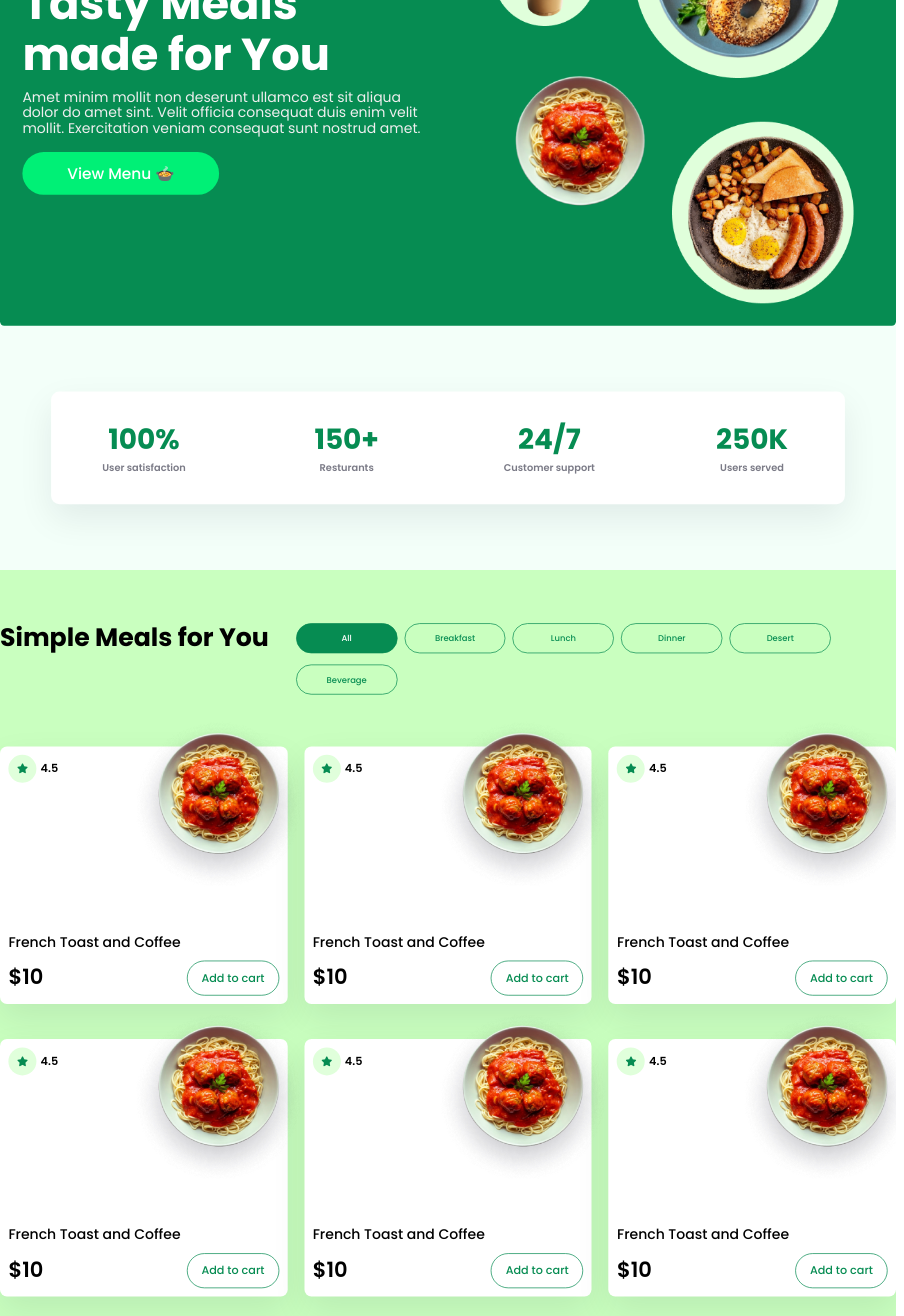
Repository: nguyennam1029/balbal
Page: index.html
These files come from the project's save history. The page is drawn as it stood at one moment and after the next save; the edit follows.
The browser window is 1280 px wide. The page is 1292 px wide, so the pictures cover 1292 px, including what lies to the right of the window. The pictures show the part of the page from y = 336 to 2216 px (the page is 4194 px tall), at 70% of full size.
Some web libraries are served in a nearby version.

Above is the page before, as saved 2022-07-09 09:47:37.

### index.html
<!DOCTYPE html>
<html lang="en">
  <head>
    <meta charset="UTF-8" />
    <meta http-equiv="X-UA-Compatible" content="IE=edge" />
    <meta name="viewport" content="width=device-width, initial-scale=1.0" />
    <title>Chow</title>
    <link
      rel="stylesheet"
      href="https://cdnjs.cloudflare.com/ajax/libs/font-awesome/6.1.1/css/all.min.css"
      integrity="sha512-KfkfwYDsLkIlwQp6LFnl8zNdLGxu9YAA1QvwINks4PhcElQSvqcyVLLD9aMhXd13uQjoXtEKNosOWaZqXgel0g=="
      crossorigin="anonymous"
      referrerpolicy="no-referrer"
    />
    <link rel="stylesheet" href="css/grid.css" />
    <link rel="stylesheet" href="css/style.css" />
  </head>
  <body>
    <div class="app">
      <div class="grid wide">
        <div class="menu">
          <a href="#" class="menu-left">Chow</a>
          <span class="menu-icon--mobile">
            <i class="fa-solid fa-bars"></i>
          </span>

          <ul class="menu-center">
            <li class="menu-center-item">
              <a href="#" class="menu-center--link active">Home</a>
            </li>
            <li class="menu-center-item">
              <a href="#" class="menu-center--link">Menu</a>
            </li>
            <li class="menu-center-item">
              <a href="#" class="menu-center--link">About</a>
            </li>
            <li class="menu-center-item">
              <a href="#" class="menu-center--link">Resturants</a>
            </li>
            <li class="menu-center-item">
              <a href="#" class="menu-center--link">Contact</a>
            </li>
            <i class="back-top fa-solid fa-angles-up"></i>
          </ul>
          <ul class="menu-right">

            <li class="menu-right-item">
              <a href="#" class="menu-right--link">
                <i class="fa-solid fa-circle-user"></i>
              </a>
            </li>
            <li class="menu-right-item">
              <a href="#" class="menu-right--link active">
                <i class="fa-solid fa-bag-shopping"></i>
                <span class="menu-right--circle"></span>
              </a>
            </li>
          </ul>
        </div>
        <div class="banner">
          <div class="row">
            <div class="col l-6 m-12 c-12">
              <div class="banner-info">
                <h1 class="banner-title">Tasty Meals made for You</h1>
                <span class="banner-des"
                  >Amet minim mollit non deserunt ullamco est sit aliqua dolor
                  do amet sint. Velit officia consequat duis enim velit mollit.
                  Exercitation veniam consequat sunt nostrud amet.</span
                >
                <a href="#" class="banner-btn"> View Menu 🍲 </a>
              </div>
            </div>
            <div class="col l-6 m-12 c-12 c-0">
              <div class="banner-img">
                <img src="images/banner1.png" alt="" />
              </div>
            </div>
          </div>
        </div>
        <div class="statistical">
          <div class="row">
            <div class="col l-3 m-6 c-12">
              <div class="statistical-item">
                <h3 class="statistical-item--title">100%</h3>
                <span class="statistical-item--des">User satisfaction</span>
              </div>
            </div>
            <div class="col l-3 m-6 c-12">
              <div class="statistical-item">
                <h3 class="statistical-item--title">150+</h3>
                <span class="statistical-item--des">Resturants</span>
              </div>
            </div>
            <div class="col l-3 m-6 c-12">
              <div class="statistical-item">
                <h3 class="statistical-item--title">24/7</h3>
                <span class="statistical-item--des">Customer support</span>
              </div>
            </div>
            <div class="col l-3 m-6 c-12">
              <div class="statistical-item">
                <h3 class="statistical-item--title">250K</h3>
                <span class="statistical-item--des">Users served</span>
              </div>
            </div>
          </div>
        </div>
      </div>
      <div class="product">
        <div class="grid wide">
          <div class="product-top">
            <div class="row">
              <div class="col l-4 m-12 c-12">
                <h3 class="product-heading">Simple Meals for You</h3>
              </div>
              <!-- <div class="col l-8 m-12 c-12"> -->
              <ul class="tab-list col l-8 m-12 c-12">
                <div class="row">
                  <li class="tab-item active col l-2 m-3 c-4">All</li>
                <li class="tab-item col l-2 m-3 c-4">Breakfast</li>
                <li class="tab-item col l-2 m-3 c-4">Lunch</li>
                <li class="tab-item col l-2 m-3 c-4">Dinner</li>
                <li class="tab-item col l-2 m-3 c-4">Desert</li>
                <li class="tab-item col l-2 m-3 c-4">Beverage</li>
                </div>
              </ul>
              <!-- </div> -->
            </div>
          </div>
          <div class="product-list">
            <div class="row">
              <div class="col l-4 m-6 c-12">
                <div class="product-item">
                  <img
                    class="product-item--img"
                    src="images/product1.png"
                    alt=""
                  />
                  <div class="product-item--rating">
                    <i class="fa-solid fa-star"></i>
                    <span>4.5</span>
                  </div>
                  <div class="product-item--content">
                    <h4 class="product-item--name">French Toast and Coffee</h4>
                    <div class="product-item--footer">
                      <span class="product-item--price">$10</span>
                      <a href="#" class="product-item--btn">Add to cart</a>
                    </div>
                  </div>
                </div>
              </div>

              <div class="col l-4 m-6 c-12">
                <div class="product-item">
                  <img
                    class="product-item--img"
                    src="images/product1.png"
                    alt=""
                  />
                  <div class="product-item--rating">
                    <i class="fa-solid fa-star"></i>
                    <span>4.5</span>
                  </div>
                  <div class="product-item--content">
                    <h4 class="product-item--name">French Toast and Coffee</h4>
                    <div class="product-item--footer">
                      <span class="product-item--price">$10</span>
                      <a href="#" class="product-item--btn">Add to cart</a>
                    </div>
                  </div>
                </div>
              </div>

              <div class="col l-4 m-6 c-12">
                <div class="product-item">
                  <img
                    class="product-item--img"
                    src="images/product1.png"
                    alt=""
                  />
                  <div class="product-item--rating">
                    <i class="fa-solid fa-star"></i>
                    <span>4.5</span>
                  </div>
                  <div class="product-item--content">
                    <h4 class="product-item--name">French Toast and Coffee</h4>
                    <div class="product-item--footer">
                      <span class="product-item--price">$10</span>
                      <a href="#" class="product-item--btn">Add to cart</a>
                    </div>
                  </div>
                </div>
              </div>

              <div class="col l-4 m-6 c-12">
                <div class="product-item">
                  <img
                    class="product-item--img"
                    src="images/product1.png"
                    alt=""
                  />
                  <div class="product-item--rating">
                    <i class="fa-solid fa-star"></i>
                    <span>4.5</span>
                  </div>
                  <div class="product-item--content">
                    <h4 class="product-item--name">French Toast and Coffee</h4>
                    <div class="product-item--footer">
                      <span class="product-item--price">$10</span>
                      <a href="#" class="product-item--btn">Add to cart</a>
                    </div>
                  </div>
                </div>
              </div>

              <div class="col l-4 m-6 c-12">
                <div class="product-item">
                  <img
                    class="product-item--img"
                    src="images/product1.png"
                    alt=""
                  />
                  <div class="product-item--rating">
                    <i class="fa-solid fa-star"></i>
                    <span>4.5</span>
                  </div>
                  <div class="product-item--content">
                    <h4 class="product-item--name">French Toast and Coffee</h4>
                    <div class="product-item--footer">
                      <span class="product-item--price">$10</span>
                      <a href="#" class="product-item--btn">Add to cart</a>
                    </div>
                  </div>
                </div>
              </div>

              <div class="col l-4 m-6 c-12">
                <div class="product-item">
                  <img
                    class="product-item--img"
                    src="images/product1.png"
                    alt=""
                  />
                  <div class="product-item--rating">
                    <i class="fa-solid fa-star"></i>
                    <span>4.5</span>
                  </div>
                  <div class="product-item--content">
                    <h4 class="product-item--name">French Toast and Coffee</h4>
                    <div class="product-item--footer">
                      <span class="product-item--price">$10</span>
                      <a href="#" class="product-item--btn">Add to cart</a>
                    </div>
                  </div>
                </div>
              </div>
            </div>
            <div class="row">
              <div class="col c-12 product-menu">
                <a href="#" class="product-menu--btn">Explore Menu</a>
              </div>
            </div>
          </div>
        </div>
      </div>

      <!-- ĐÁNH GIÁ CMT  -->
      <div class="comment">
        <div class="grid wide">
          <div class="comment-top">
            <div class="row">
              <div class="col l-5">
                <h3 class="product-heading">What our customers are saying</h3>
              </div>
              <div class="col l-2 l-o-5 m-12 c-12">
                <div class="comment-btn">

                    <i
                      class="comment-top--icon fa-solid fa-arrow-left-long"
                    ></i>


                    <i
                      class="comment-top--icon active fa-solid fa-arrow-right-long"
                    ></i>
                  </div>
                </div>
            </div>
            <div class="comment-content">
              <div class="row">
                <!-- START-ITEM  -->
                  <div class="col l-4 m-6 c-12">
                    <div class="comment-item">
                      <span class="comment-title">
                        Amet minim mollit non deserunt ullamco est sit aliqua dolor do amet sint velit officia consequat duis enim velit mollit exercitation veniam.
                      </span>
                      <div class="comment-info">
                        <div class="info-left">
                          <img src="images/cmt1.png" alt="">
                          <div class="info-left--des">
                            <h4 class="info-left--name">Kristin Watson</h4>
                            <span class="info-left--time">Jun 27, 2020 · 6 min read</span>
                          </div>
                        </div>

                          <ul class="info-right--rating">
                            <li class="info-right--icon"><i class="fa-solid fa-star"></i></li>
                            <li class="info-right--icon"><i class="fa-solid fa-star"></i></li>
                            <li class="info-right--icon"><i class="fa-solid fa-star"></i></li>
                            <li class="info-right--icon"><i class="fa-solid fa-star"></i></li>
                            <li class="info-right--icon">
                              <i class="fa-regular fa-star"></i>
                            </li>
                          </ul>

                      </div>
                    </div>
                  </div>
                <!-- END-ITEM  -->

                <!-- START-ITEM  -->
                  <div class="col l-4 m-6 c-0">
                    <div class="comment-item">
                      <span class="comment-title">
                        Amet minim mollit non deserunt ullamco est sit aliqua dolor do amet sint velit officia consequat duis enim velit mollit exercitation veniam.
                      </span>
                      <div class="comment-info">
                        <div class="info-left">
                          <img src="images/cmt2.png" alt="">
                          <div class="info-left--des">
                            <h4 class="info-left--name">Kristin Watson</h4>
                            <span class="info-left--time">Jun 27, 2020 · 6 min read</span>
                          </div>
                        </div>

                          <ul class="info-right--rating">
                            <li class="info-right--icon"><i class="fa-solid fa-star"></i></li>
                            <li class="info-right--icon"><i class="fa-solid fa-star"></i></li>
                            <li class="info-right--icon"><i class="fa-solid fa-star"></i></li>
                            <li class="info-right--icon"><i class="fa-solid fa-star"></i></li>
                            <li class="info-right--icon">
                              <i class="fa-regular fa-star"></i>
                            </li>
                          </ul>

                      </div>
                    </div>
                  </div>
                <!-- END-ITEM  -->

                <!-- START-ITEM  -->
                  <div class="col l-4 m-0 c-0">
                    <div class="comment-item">
                      <span class="comment-title">
                        Amet minim mollit non deserunt ullamco est sit aliqua dolor do amet sint velit officia consequat duis enim velit mollit exercitation veniam.
                      </span>
                      <div class="comment-info">
                        <div class="info-left">
                          <img src="images/cmt3.png" alt="">
                          <div class="info-left--des">
                            <h4 class="info-left--name">Kristin Watson</h4>
                            <span class="info-left--time">Jun 27, 2020 · 6 min read</span>
                          </div>
                        </div>

                          <ul class="info-right--rating">
                            <li class="info-right--icon"><i class="fa-solid fa-star"></i></li>
                            <li class="info-right--icon"><i class="fa-solid fa-star"></i></li>
                            <li class="info-right--icon"><i class="fa-solid fa-star"></i></li>
                            <li class="info-right--icon"><i class="fa-solid fa-star"></i></li>
                            <li class="info-right--icon">
                              <i class="fa-regular fa-star"></i>
                            </li>
                          </ul>

                      </div>
                    </div>
                  </div>
                <!-- END-ITEM  -->
              </div>
            </div>
            </div>
          </div>
        </div>
      </div>
      <!-- END ĐÁNH GIÁ CMT  -->

      <!-- TRANSPORT VẬN CHUYỂN  -->
      <div class="transport">
        <div class="grid wide">
          <div class="row transport-list">
            <div class="col l-5">
              <div class="transport-item">
                <h3 class="transport-item--title">Meals on the Go!!!</h3>
                <span class="transport-item--des">Download the app to to enjoy discounts, promotions and offers.
Amet minim mollit non deserunt ullamco est sit aliqua dolor do amet sint velit officia consequat duis enim velit mollit exercitation veniam.</span>
                <div class="getApp">
                  <span class="getApp-title">Get the app</span>
                  <div class="getApp-img">
                    <a href="#" class="getApp-img--link">
                      <img src="images/Google Play Badge.png" alt="">
                    </a>
                    <a href="#" class="getApp-img--link">
                      <img src="images/App Store Badge.png" alt="">
                    </a>
                  </div>
                </div>
            </div>
            </div>
            <div class="col l-4 l-o-3">
              <div class="transport-item">
                <img src="images/transport.png" alt="">
              </div>

            </div>
          </div>
        </div>
      </div>
      <!-- END TRANSPORT VẬN CHUYỂN  -->
      <footer>
        <div class="grid footer">
          <div class="row">
            <div class="col l-2 m-4 c-0">
              <div class="footer-content">
                <h5 class="footer-title">Solutions</h5>
                <ul class="footer-list">
                  <li class="footer-item">
                    <a href="#" class="footer-link">Marketing</a>
                  </li>
                  <li class="footer-item">
                    <a href="#" class="footer-link">Analytics</a>
                  </li>
                  <li class="footer-item">
                    <a href="#" class="footer-link">Commerce</a>
                  </li>
                  <li class="footer-item">
                    <a href="#" class="footer-link">Insights</a>
                  </li>
                </ul>
              </div>
            </div>
            <div class="col l-2 m-4 c-0">
             <div class="footer-content">
                <h5 class="footer-title">Support</h5>
                <ul class="footer-list">
                  <li class="footer-item">
                    <a href="#" class="footer-link">Pricing</a>
                  </li>
                  <li class="footer-item">
                    <a href="#" class="footer-link">Documentation</a>
                  </li>
                  <li class="footer-item">
                    <a href="#" class="footer-link">Guides</a>
                  </li>
                  <li class="footer-item">
                    <a href="#" class="footer-link">API Status</a>
                  </li>
                </ul>
              </div>
            </div>
            <div class="col l-2 m-4 c-0">
             <div class="footer-content">
                <h5 class="footer-title">Company</h5>
                <ul class="footer-list">
                  <li class="footer-item">
                    <a href="#" class="footer-link">About</a>
                  </li>
                  <li class="footer-item">
                    <a href="#" class="footer-link">Jobs</a>
                  </li>
                  <li class="footer-item">
                    <a href="#" class="footer-link">Partners</a>
                  </li>
                  <li class="footer-item">
                    <a href="#" class="footer-link">Insights</a>
                  </li>
                </ul>
              </div>
            </div>
            <div class="col l-2 m-4 c-12 m-left c-center">
             <div class="footer-content">
                <h5 class="footer-title">Legal</h5>
                <ul class="footer-list">
                  <li class="footer-item">
                    <a href="#" class="footer-link">Privacy</a>
                  </li>
                  <li class="footer-item">
                    <a href="#" class="footer-link">Analytics</a>
                  </li>
                  <li class="footer-item">
                    <a href="#" class="footer-link">Claim</a>
                  </li>
                  <li class="footer-item">
                    <a href="#" class="footer-link">Insights</a>
                  </li>
                </ul>
              </div>
            </div>
            <div class="col l-4 m-6 c-12 m-left c-center">
             <div class="footer-content">
                <h5 class="footer-title">Subscribe to our newsletter</h5>
                <span class="footer-des">The latest news, articles, and resources, sent to your inbox weekly</span>
                <div class="footer-contact">
                  <input type="text" placeholder="Enter your email">
                  <a href="#" class="footer-btn">Subscribe</a>
                </div>
              </div>
            </div>
          </div>
          <span class="hr"></span>
          <div class="row footer-copy">
            <div class="col l-4 m-5 c-12 c-center">
              <span class="footer-copyright">© 08/07/2022 Nguyễn Văn Nam</span>
            </div>
            <div class="col l-3 l-o-5 m-3 m-o-4 c-12 c-center">
              <ul class="footer-list--icon">
                <li>
                  <a href="#"><i class="fa-brands fa-facebook"></i></a>
                </li>
                <li>
                  <a href="#"><i class="fa-brands fa-twitter"></i></a>
                </li>
                <li>
                  <a href="#"><i class="fa-brands fa-instagram"></i></a>
                </li>
                <li>
                  <a href="#"><i class="fa-brands fa-github"></i></a>
                </li>
              </ul>
            </div>
          </div>
        </div>
      </footer>
    </div>

    <script>
      const menu = document.querySelector(".menu-icon--mobile");
      const backTop = document.querySelector(".back-top");
      const menuCenter = document.querySelector(".menu-center");
      menu.addEventListener("click", handleMenu)
      function handleMenu() {
        menuCenter.classList.add("active")
      }
      backTop.addEventListener("click", handleBackTop)
      function handleBackTop() {
        menuCenter.classList.remove("active")

      }
    </script>
  </body>
</html>

Loaded but not shown: css/style.css (1053 lines, source omitted); css/grid.css (609 lines, source omitted)

After the next save:
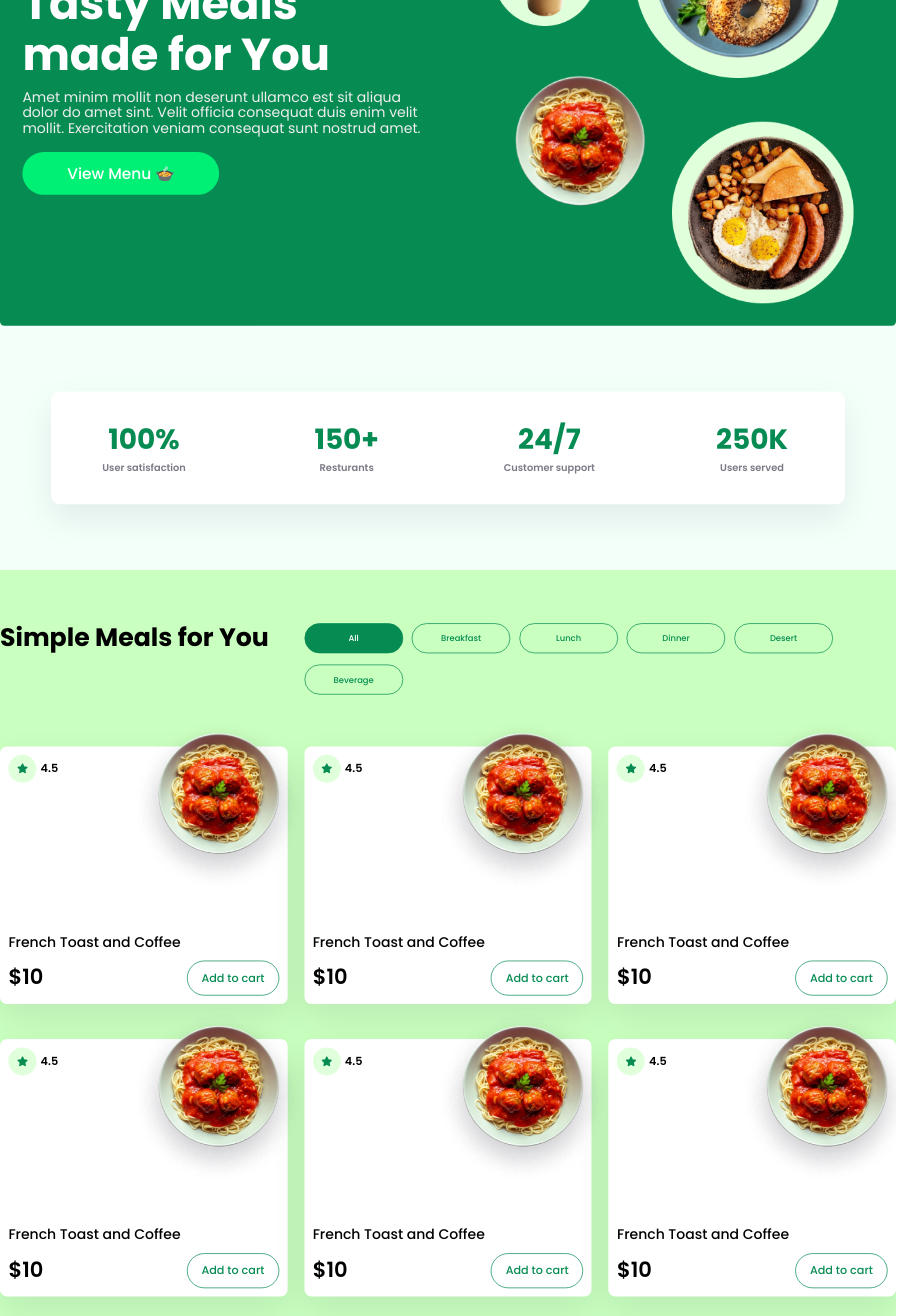
Saved 2 min 34 s later.
--- a/index.html
+++ b/index.html
@@ -115,14 +115,14 @@
               </div>
               <!-- <div class="col l-8 m-12 c-12"> -->
               <ul class="tab-list col l-8 m-12 c-12">
-                <div class="row">
+
                   <li class="tab-item active col l-2 m-3 c-4">All</li>
                 <li class="tab-item col l-2 m-3 c-4">Breakfast</li>
                 <li class="tab-item col l-2 m-3 c-4">Lunch</li>
                 <li class="tab-item col l-2 m-3 c-4">Dinner</li>
                 <li class="tab-item col l-2 m-3 c-4">Desert</li>
                 <li class="tab-item col l-2 m-3 c-4">Beverage</li>
-                </div>
+
               </ul>
               <!-- </div> -->
             </div>
